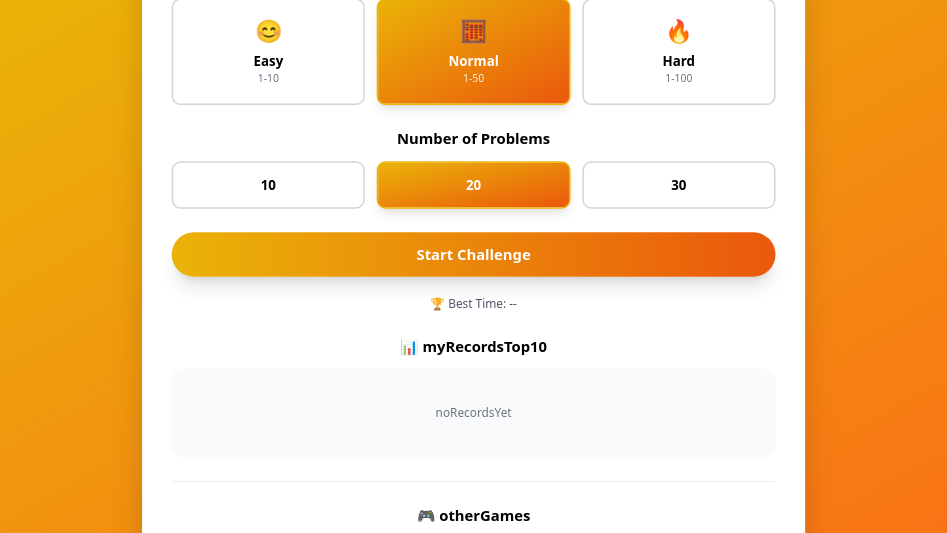
Repository: Lcmind/withjocoding
Page: math-challenge.html
These files come from the project's save history. The page is drawn as it stood at one moment and after the next save; the edit follows.
The browser window is 1280 px wide. The pictures show the whole page, at 74% of full size.
An inner scrolling area shows only its first screen. Some web libraries are served in a nearby version.

Above is the page before, as saved 2026-01-13 21:18:13.

### math-challenge.html
<!DOCTYPE html>
<html lang="en">
<head>
  <meta charset="UTF-8">
  <meta name="viewport" content="width=device-width, initial-scale=1.0">
  <meta name="description" content="Free Math Challenge! Test your mental calculation speed. Perfect for brain training!">
  <title>Math Challenge - Mental Calculation Speed Training</title>

  <!-- Tailwind CSS -->
  <script src="https://cdn.tailwindcss.com"></script>
  <script>
    tailwind.config = {
      theme: {
        extend: {
          colors: {
            primary: '#667eea',
            secondary: '#764ba2',
          }
        }
      }
    }
  </script>

  <!-- Google AdSense -->
  <script async src="https://pagead2.googlesyndication.com/pagead/js/adsbygoogle.js?client=ca-pub-1247545232353663"
     crossorigin="anonymous"></script>

  <style>
    @keyframes shake {
      0%, 100% { transform: translateX(0); }
      25% { transform: translateX(-10px); }
      75% { transform: translateX(10px); }
    }
    .shake {
      animation: shake 0.3s ease-in-out;
    }
    @keyframes correct-flash {
      0%, 100% { background-color: transparent; }
      50% { background-color: rgba(34, 197, 94, 0.2); }
    }
    .correct-flash {
      animation: correct-flash 0.5s ease-in-out;
    }
    /* 화면 전환 제어 (강력한 고정) */
    .screen {
      display: none !important;
      width: 100%;
      height: 100%;
    }
    .screen.active {
      display: flex !important;
      position: fixed;
      top: 0;
      left: 0;
      right: 0;
      bottom: 0;
      z-index: 9999;
      overflow-y: auto;
    }
    #start-screen.active {
      background: linear-gradient(to bottom right, #eab308, #f97316);
    }
  </style>
</head>
<body class="min-h-screen bg-gradient-to-br from-yellow-500 to-orange-600 overflow-hidden">

  <!-- 언어 선택 -->
  <div class="fixed top-4 right-4 z-50">
  <div id="start-screen" class="screen active min-h-screen flex flex-col items-center justify-center p-4 md:p-8">
    <div class="max-w-4xl w-full">

      <!-- 상단 광고 -->
      <div class="mb-6 flex justify-center">
        <ins class="adsbygoogle block"
             style="display:block; max-height:90px;"
             data-ad-format="horizontal"
             data-ad-client="ca-pub-1247545232353663"
             data-full-width-responsive="true"></ins>
      </div>

      <!-- 메인 카드 -->
      <div class="bg-white rounded-3xl shadow-2xl p-6 md:p-10">
        <h1 class="text-4xl md:text-6xl font-bold text-center text-yellow-600 mb-4">
          🧮 <span data-i18n="title">Math Challenge</span>
        </h1>
        <p class="text-lg md:text-xl text-center text-gray-600 mb-8" data-i18n="subtitle">Test your mental calculation speed!</p>

      <!-- 게임 방법 -->
      <div class="bg-gray-50 rounded-2xl p-6 mb-8">
        <h3 class="text-xl font-bold text-yellow-600 mb-4" data-i18n="gameMethod">How to Play</h3>
        <ol class="list-decimal list-inside space-y-2 text-gray-700">
          <li data-i18n="mathMethodDesc.0">Math problems appear on screen</li>
          <li data-i18n="mathMethodDesc.1">Choose the correct answer quickly</li>
          <li data-i18n="mathMethodDesc.2">Complete all problems to see your speed!</li>
        </ol>
      </div>

      <!-- 난이도 선택 -->
      <div class="mb-8">
        <h3 class="text-xl font-bold text-center mb-4" data-i18n="selectDifficulty">Select Difficulty</h3>
        <div class="grid grid-cols-1 md:grid-cols-3 gap-4">
          <button class="difficulty-btn border-2 border-gray-300 rounded-xl p-6 hover:border-yellow-500 hover:shadow-lg transition-all" data-difficulty="easy">
            <div class="text-3xl mb-2">😊</div>
            <div class="font-bold text-lg" data-i18n="easy">Easy</div>
            <div class="text-sm text-gray-500">1-10</div>
          </button>
          <button class="difficulty-btn active border-2 border-yellow-500 bg-gradient-to-br from-yellow-500 to-orange-600 text-white rounded-xl p-6 shadow-lg" data-difficulty="normal">
            <div class="text-3xl mb-2">🧮</div>
            <div class="font-bold text-lg" data-i18n="normal">Normal</div>
            <div class="text-sm opacity-90">1-50</div>
          </button>
          <button class="difficulty-btn border-2 border-gray-300 rounded-xl p-6 hover:border-yellow-500 hover:shadow-lg transition-all" data-difficulty="hard">
            <div class="text-3xl mb-2">🔥</div>
            <div class="font-bold text-lg" data-i18n="hard">Hard</div>
            <div class="text-sm text-gray-500">1-100</div>
          </button>
        </div>
      </div>

      <!-- 문제 수 선택 -->
      <div class="mb-8">
        <h3 class="text-xl font-bold text-center mb-4" data-i18n="selectProblems">Number of Problems</h3>
        <div class="grid grid-cols-3 gap-4">
          <button class="problems-btn border-2 border-gray-300 rounded-xl p-4 hover:border-yellow-500 hover:shadow-lg transition-all" data-problems="10">
            <div class="font-bold text-lg">10</div>
          </button>
          <button class="problems-btn active border-2 border-yellow-500 bg-gradient-to-br from-yellow-500 to-orange-600 text-white rounded-xl p-4 shadow-lg" data-problems="20">
            <div class="font-bold text-lg">20</div>
          </button>
          <button class="problems-btn border-2 border-gray-300 rounded-xl p-4 hover:border-yellow-500 hover:shadow-lg transition-all" data-problems="30">
            <div class="font-bold text-lg">30</div>
          </button>
        </div>
      </div>

      <button id="start-btn" class="w-full bg-gradient-to-r from-yellow-500 to-orange-600 text-white font-bold text-xl py-4 rounded-full shadow-xl hover:shadow-2xl hover:-translate-y-1 transition-all">
        <span data-i18n="startChallenge">Start Challenge</span>
      </button>

      <div class="mt-6 text-center text-gray-600">
        <p>🏆 <span data-i18n="bestTime">Best Time</span>: <span id="best-record">--</span></p>
      </div>

      <!-- 내 기록 TOP 10 -->
      <div class="mt-8">
        <h3 class="text-xl font-bold text-center mb-4">📊 <span data-i18n="myRecordsTop10">My Top 10 Records</span></h3>
        <div id="history-list" class="bg-gray-50 rounded-2xl p-4 max-h-80 overflow-y-auto">
          <p class="text-center text-gray-500 py-8" data-i18n="noRecordsYet">No records yet. Start now!</p>
        </div>
      </div>

      <!-- 다른 게임 섹션 -->
      <div class="mt-8 border-t border-gray-200 pt-8">
        <h3 class="text-xl font-bold text-center mb-4">🎮 <span data-i18n="otherGames">Other Games</span></h3>
        <div class="grid grid-cols-1 md:grid-cols-2 gap-4">
          <a href="index.html" class="block bg-gradient-to-br from-purple-500 to-pink-600 rounded-xl p-6 text-white hover:shadow-xl transition-all duration-300 hover:-translate-y-1">
            <div class="text-3xl mb-2">🎯</div>
            <div class="font-bold text-lg mb-2" data-i18n="fpsReactionTest">FPS Reaction Test</div>
            <div class="text-sm opacity-90" data-i18n="fpsReactionDesc">Test your reaction speed</div>
          </a>

          <a href="memory-test.html" class="block bg-gradient-to-br from-blue-500 to-purple-600 rounded-xl p-6 text-white hover:shadow-xl transition-all duration-300 hover:-translate-y-1">
            <div class="text-3xl mb-2">🧠</div>
            <div class="font-bold text-lg mb-2" data-i18n="memoryTest">Memory Test</div>
            <div class="text-sm opacity-90" data-i18n="memoryTestDesc">Test your memory skills</div>
          </a>

          <a href="typing-speed.html" class="block bg-gradient-to-br from-green-500 to-teal-600 rounded-xl p-6 text-white hover:shadow-xl transition-all duration-300 hover:-translate-y-1">
            <div class="text-3xl mb-2">⚡</div>
            <div class="font-bold text-lg mb-2" data-i18n="typingSpeed">Typing Speed</div>
            <div class="text-sm opacity-90" data-i18n="typingSpeedDesc">Test your typing speed</div>
          </a>

          <a href="aim-trainer.html" class="block bg-gradient-to-br from-orange-500 to-red-600 rounded-xl p-6 text-white hover:shadow-xl transition-all duration-300 hover:-translate-y-1">
            <div class="text-3xl mb-2">🎯</div>
            <div class="font-bold text-lg mb-2" data-i18n="aimTrainer">Aim Trainer</div>
            <div class="text-sm opacity-90" data-i18n="aimTrainerDesc">Improve your aim precision</div>
          </a>
        </div>
      </div>
    </div>
  </div>

  <!-- 게임 화면 -->
  <div id="game-screen" class="screen hidden min-h-screen bg-gray-900 relative flex items-center justify-center">
    <!-- 게임 정보 -->
    <div class="fixed top-8 left-1/2 transform -translate-x-1/2 z-10">
      <div class="flex gap-8 bg-white/10 backdrop-blur-md px-6 py-3 rounded-full">
        <div class="text-white text-lg">
          <span class="opacity-80" data-i18n="problems">Problems</span>: <span id="problem-count" class="font-bold">0 / 20</span>
        </div>
        <div class="text-white text-lg">
          <span class="opacity-80" data-i18n="time">Time</span>: <span id="time-display" class="font-bold">0.0s</span>
        </div>
        <div class="text-white text-lg">
          <span class="opacity-80" data-i18n="accuracy">Accuracy</span>: <span id="accuracy-display" class="font-bold">100%</span>
        </div>
      </div>
    </div>

    <!-- 문제 영역 -->
    <div class="max-w-2xl w-full mx-4">
      <div class="bg-white rounded-3xl shadow-2xl p-8 md:p-12">
        <div id="problem-display" class="text-5xl md:text-7xl font-bold text-center text-gray-800 mb-8">
          2 + 3 = ?
        </div>

        <div class="grid grid-cols-2 gap-4">
          <button class="answer-btn bg-gradient-to-br from-blue-500 to-purple-600 text-white font-bold text-3xl py-6 rounded-2xl shadow-lg hover:shadow-xl hover:-translate-y-1 transition-all">
            5
          </button>
          <button class="answer-btn bg-gradient-to-br from-green-500 to-teal-600 text-white font-bold text-3xl py-6 rounded-2xl shadow-lg hover:shadow-xl hover:-translate-y-1 transition-all">
            6
          </button>
          <button class="answer-btn bg-gradient-to-br from-yellow-500 to-orange-600 text-white font-bold text-3xl py-6 rounded-2xl shadow-lg hover:shadow-xl hover:-translate-y-1 transition-all">
            4
          </button>
          <button class="answer-btn bg-gradient-to-br from-red-500 to-pink-600 text-white font-bold text-3xl py-6 rounded-2xl shadow-lg hover:shadow-xl hover:-translate-y-1 transition-all">
            7
          </button>
        </div>
      </div>
    </div>
  </div>

  <!-- 결과 화면 -->
  <div id="result-screen" class="screen hidden min-h-screen flex flex-col items-center justify-center p-4">
    <div class="max-w-2xl w-full bg-white rounded-3xl shadow-2xl p-6 md:p-10">
      <h1 class="text-4xl font-bold text-center text-yellow-600 mb-8">
        🧮 <span data-i18n="results">Results</span>
      </h1>

      <div class="bg-gradient-to-br from-yellow-500 to-orange-600 text-white rounded-2xl p-8 mb-6">
        <div class="text-center mb-6">
          <div class="text-lg opacity-90 mb-2" data-i18n="totalTime">Total Time</div>
          <div id="final-time" class="text-6xl font-bold mb-4">10.0s</div>
        </div>

        <div class="grid grid-cols-3 gap-4">
          <div class="bg-white/20 rounded-xl p-4 text-center">
            <div class="text-sm opacity-90" data-i18n="correct">Correct</div>
            <div id="correct-count" class="text-2xl font-bold">0</div>
          </div>
          <div class="bg-white/20 rounded-xl p-4 text-center">
            <div class="text-sm opacity-90" data-i18n="wrong">Wrong</div>
            <div id="wrong-count" class="text-2xl font-bold">0</div>
          </div>
          <div class="bg-white/20 rounded-xl p-4 text-center">
            <div class="text-sm opacity-90" data-i18n="accuracy">Accuracy</div>
            <div id="final-accuracy" class="text-2xl font-bold">100%</div>
          </div>
        </div>

        <div class="mt-6 text-center">
          <div class="text-sm opacity-90" data-i18n="avgTimePerProblem">Avg Time per Problem</div>
          <div id="avg-time" class="text-3xl font-bold">0.5s</div>
        </div>
      </div>

      <div class="flex gap-4">
        <button id="retry-btn" class="flex-1 bg-gradient-to-r from-yellow-500 to-orange-600 text-white font-bold text-xl py-4 rounded-full shadow-xl hover:shadow-2xl hover:-translate-y-1 transition-all">
          <span data-i18n="challengeAgain">Challenge Again</span>
        </button>
        <button id="home-btn" class="flex-1 bg-white text-yellow-600 border-2 border-yellow-600 font-bold text-xl py-4 rounded-full hover:bg-yellow-600 hover:text-white transition-all">
          <span data-i18n="backHome">Home</span>
        </button>
      </div>
    </div>

    <!-- 하단 광고 -->
    <div class="mt-6 flex justify-center">
      <ins class="adsbygoogle block"
           style="display:block; min-height:250px;"
           data-ad-format="autorelaxed"
           data-ad-client="ca-pub-1247545232353663"
           data-full-width-responsive="true"></ins>
    </div>
  </div>

  <!-- Footer -->
  <footer class="w-full py-6 text-center text-white bg-gray-900">
    <p class="mb-2">Made with ❤️ | Math Challenge</p>
    <p class="text-sm">
      <a href="privacy.html" class="text-white hover:underline mx-2" data-i18n="privacyPolicy">Privacy Policy</a> |
      <a href="terms.html" class="text-white hover:underline mx-2" data-i18n="termsOfService">Terms of Service</a>
    </p>
  </footer>

  <script>
    (adsbygoogle = window.adsbygoogle || []).push({});
  </script>

  <script src="math-challenge.js"></script>
</body>
</html>

Loaded but not shown: math-challenge.js (369 lines, source omitted)

After the next save:
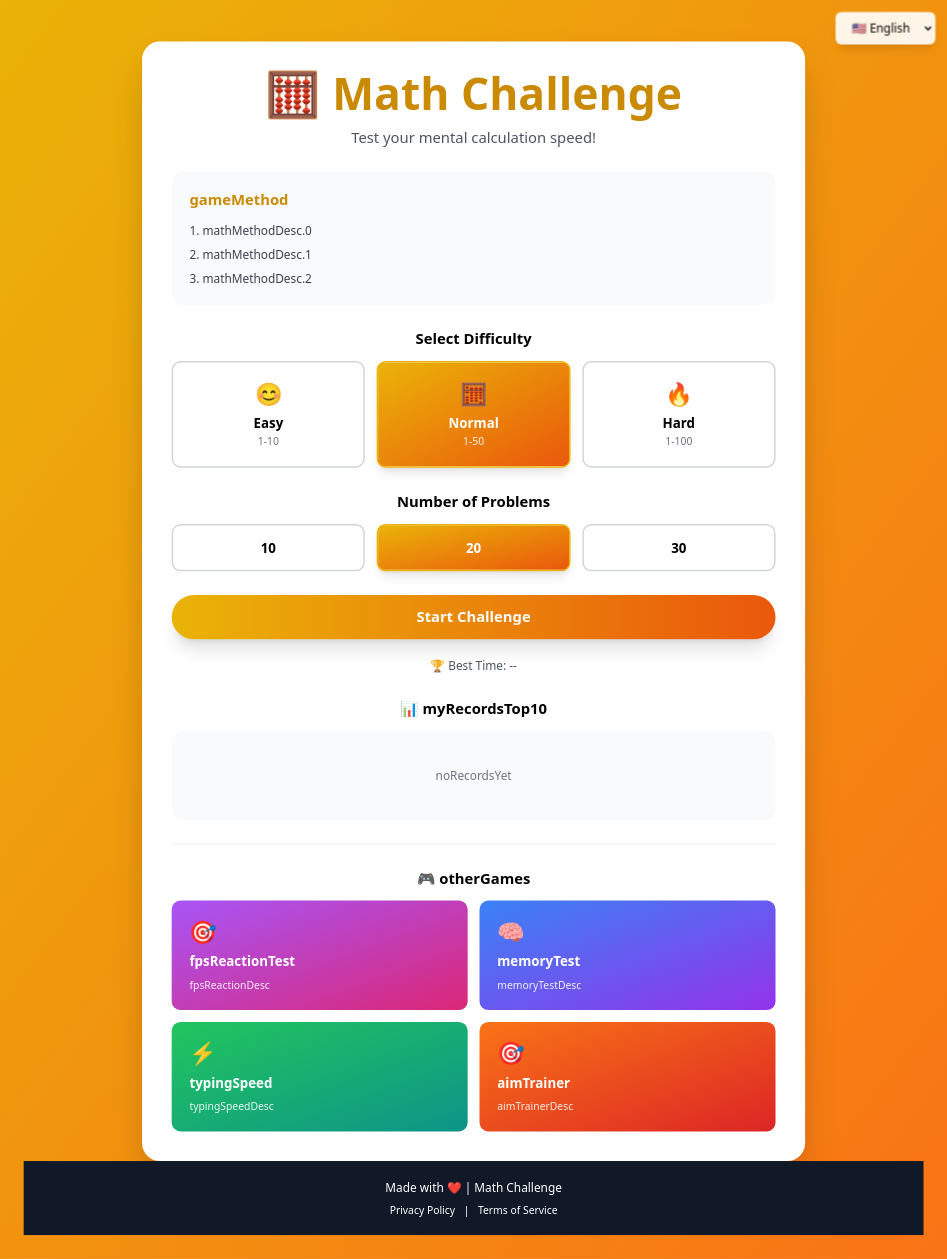
Saved 68 s later.
--- a/math-challenge.html
+++ b/math-challenge.html
@@ -41,31 +41,30 @@
     .correct-flash {
       animation: correct-flash 0.5s ease-in-out;
     }
-    /* 화면 전환 제어 (강력한 고정) */
+    /* 화면 전환 제어 */
     .screen {
-      display: none !important;
-      width: 100%;
-      height: 100%;
+      display: none;
     }
     .screen.active {
-      display: flex !important;
-      position: fixed;
-      top: 0;
-      left: 0;
-      right: 0;
-      bottom: 0;
-      z-index: 9999;
-      overflow-y: auto;
+      display: flex;
     }
     #start-screen.active {
       background: linear-gradient(to bottom right, #eab308, #f97316);
     }
   </style>
 </head>
-<body class="min-h-screen bg-gradient-to-br from-yellow-500 to-orange-600 overflow-hidden">
+<body class="min-h-screen bg-gradient-to-br from-yellow-500 to-orange-600">
 
   <!-- 언어 선택 -->
   <div class="fixed top-4 right-4 z-50">
+    <select id="language-selector" class="px-4 py-2 rounded-lg bg-white/90 backdrop-blur-sm shadow-lg border-2 border-white/50 cursor-pointer hover:bg-white transition-all">
+      <option value="ko">🇰🇷 한국어</option>
+      <option value="en">🇺🇸 English</option>
+      <option value="ja">🇯🇵 日本語</option>
+    </select>
+  </div>
+
+  <!-- 시작 화면 -->
   <div id="start-screen" class="screen active min-h-screen flex flex-col items-center justify-center p-4 md:p-8">
     <div class="max-w-4xl w-full">
 
